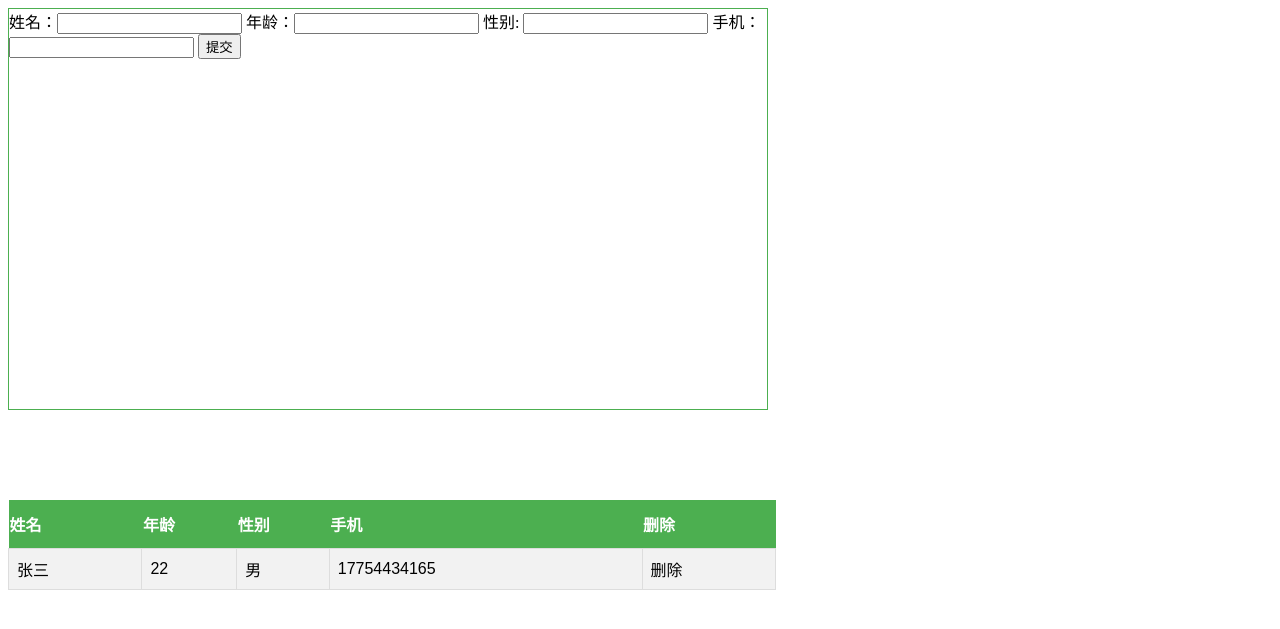
Repository: 1404413577/jsdemo
Page: small-demo/录入信息.html
An editor plug-in stored every save of this project. The page is shown before and after the next save, followed by the edit.
The browser window is 1280 px wide. The pictures show the whole page.

Above is the page before, as saved 2022-11-20 15:32:16.

### small-demo/录入信息.html
<!DOCTYPE html>
<html lang="en">

<head>
    <meta charset="UTF-8">
    <meta http-equiv="X-UA-Compatible" content="IE=edge">
    <meta name="viewport" content="width=device-width, initial-scale=1.0">
    <title>Document</title>
    <style>
        .customers {
            font-family: Arial, Helvetica, sans-serif;
            border-collapse: collapse;
            width: 60%;
            position: absolute;
            top:500px
        }

        .customers td,
        #customers th {
            border: 1px solid #ddd;
            padding: 8px;
        }

        .customers tr:nth-child(even) {
            background-color: #f2f2f2;
        }

        .customers tr:hover {
            background-color: #ddd;
        }

        .customers th {
            padding-top: 12px;
            padding-bottom: 12px;
            text-align: left;
            background-color: #4CAF50;
            color: white;
        }
        .main{
            width: 60%;
            height: 400px;
            border: 1px solid #4CAF50;
        }
    </style>
</head>

<body>
    <div class="main">
        姓名：<input type="text">
        年龄：<input type="text">
        性别: <input type="number">
        手机： <input type="text">
        <button type="submit">提交</button>
    </div>

    <table class="customers">
        <tr>
            <th>姓名</th>
            <th>年龄</th>
            <th>性别</th>
            <th>手机</th>
            <th>删除</th>
        </tr>
        <tr>
            <td>张三</td>
            <td>22</td>
            <td>男</td>
            <td>17754434165</td>
            <td>删除</td>
        </tr>
    </table>
</body>

</html>

After the next save:
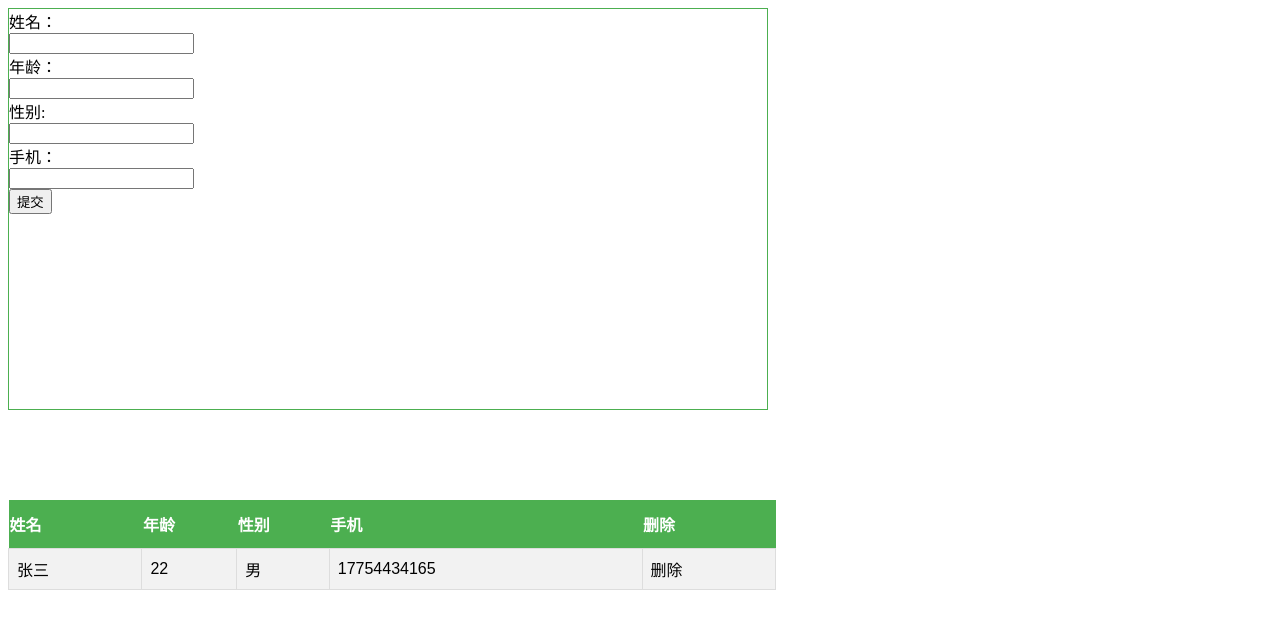
Saved 24 s later.
--- a/small-demo/录入信息.html
+++ b/small-demo/录入信息.html
@@ -41,6 +41,9 @@
             height: 400px;
             border: 1px solid #4CAF50;
         }
+        .main input{
+            display: block;
+        }
     </style>
 </head>
 
